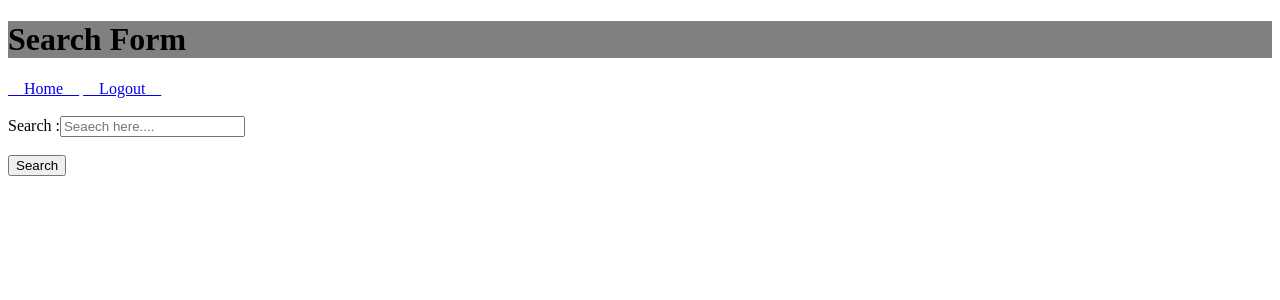
Repository: abhinavk718/servlet-project
Page: empwebapp/WebContent/search.html
These files come from the project's save history. The page is drawn as it stood at one moment and after the next save; the edit follows.
The browser window is 1280 px wide. The pictures show the whole page.

Above is the page before, as saved 2019-11-15 09:27:04.

### empwebapp/WebContent/search.html
<!DOCTYPE html>
<html>
<head>
<meta charset="ISO-8859-1">
<title>Search here</title>
</head>
<body>
<form action="" class="col-md-4 offset-4 mt-5 mb-5 card card-body">
    <h1 class="text-center" style="background-color: gray;">Search Form</h1>
    <a href="#">&nbsp; &nbsp; Home &nbsp; &nbsp;</a>
    <a href="#">&nbsp; &nbsp; Logout &nbsp; &nbsp;</a><br>
    <br>
    <div class="formgroup">
        Search :<input type="id" name="search"class="form-control mb-1" placeholder="Seaech here....">
    </div>
    <br>
    <div class="formgroup">
        <button type="submit" class="btn btn-primary float-right mb-1" >Search</button>
    </div>
</form>
</body>
</html>

After the next save:
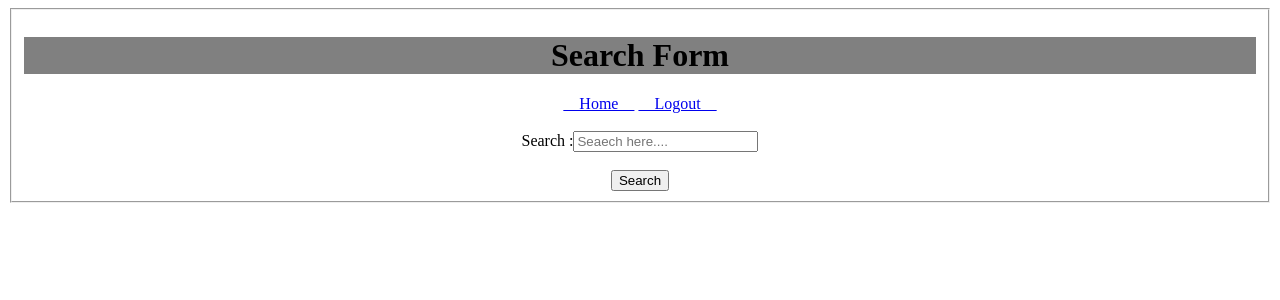
Saved 105 s later.
--- a/empwebapp/WebContent/search.html
+++ b/empwebapp/WebContent/search.html
@@ -5,6 +5,7 @@
 <title>Search here</title>
 </head>
 <body>
+<fieldset align="center">
 <form action="" class="col-md-4 offset-4 mt-5 mb-5 card card-body">
     <h1 class="text-center" style="background-color: gray;">Search Form</h1>
     <a href="#">&nbsp; &nbsp; Home &nbsp; &nbsp;</a>
@@ -18,5 +19,6 @@
         <button type="submit" class="btn btn-primary float-right mb-1" >Search</button>
     </div>
 </form>
+</fieldset>
 </body>
 </html>
